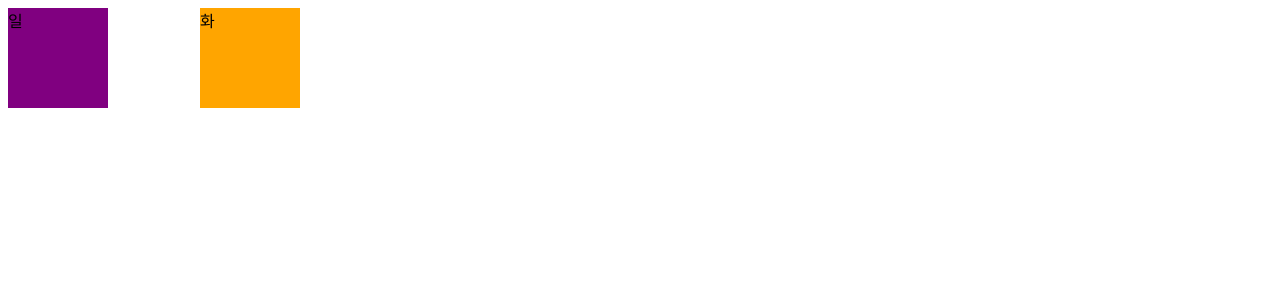
Repository: Jooheehan-kopo/web-workspace
Page: Lecture-web/WebContent/Jquery/weekdays.html
These files come from the project's save history. The page is drawn as it stood at one moment and after the next save; the edit follows.
The browser window is 1280 px wide. The pictures show the whole page.

Above is the page before, as saved 2021-06-17 07:54:36.

### Lecture-web/WebContent/Jquery/weekdays.html
<!DOCTYPE html>
<html>
<head>
<meta charset="UTF-8">
<title>Insert title here</title>

<style>
#mon {
	width: 100px;
	height: 100px;
	background-color: red;
	position: absolute;
}
#tue {
	width: 100px;
	height: 100px;
	left:200px;
	background-color: orange;
	position: absolute;
}
#wed {
	width: 100px;
	height: 100px;
	background-color: yellow;
	position: absolute;
}
#thrs {
	width: 100px;
	height: 100px;
	background-color: green;
	position: absolute;
}
#fri {
	width: 100px;
	height: 100px;
	background-color: blue;
	position: absolute;
}
#sat {
	width: 100px;
	height: 100px;
	background-color: lightblue;
	position: absolute;
}
#sun {
	width: 100px;
	height: 100px;
	background-color: purple;
	position: absolute;
}

</style>
<script src="js/jquery-3.6.0.min.js"></script>
<script>
	$(document).ready(function() {

	})
</script>

</head>
<body>
	<div id = "mon">월</div>
	<div id = "tue">화</div>
	<div id = "wed">수</div>
	<div id = "thrs">목</div>
	<div id = "fri">금</div>
	<div id = "sat">토</div>
	<div id = "sun">일</div>
</body>
</html>

Loaded but not shown: Lecture-web/WebContent/Jquery/js/jquery-3.6.0.min.js (library)

After the next save:
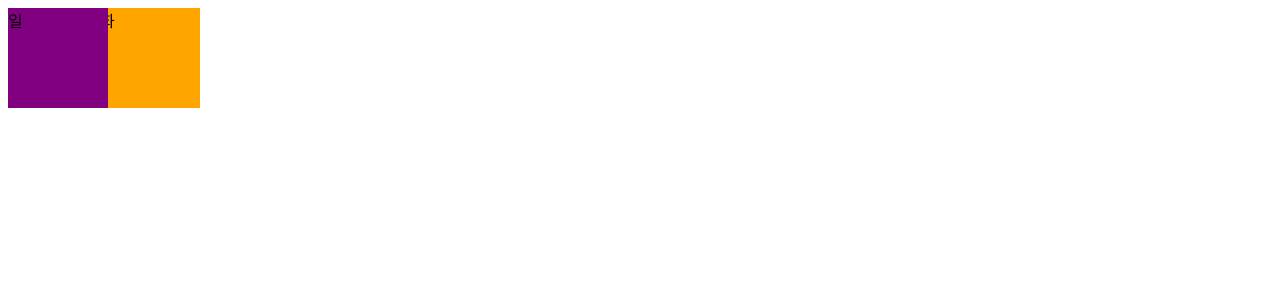
Saved 6 s later.
--- a/Lecture-web/WebContent/Jquery/weekdays.html
+++ b/Lecture-web/WebContent/Jquery/weekdays.html
@@ -14,7 +14,7 @@
 #tue {
 	width: 100px;
 	height: 100px;
-	left:200px;
+	left:100px;
 	background-color: orange;
 	position: absolute;
 }
